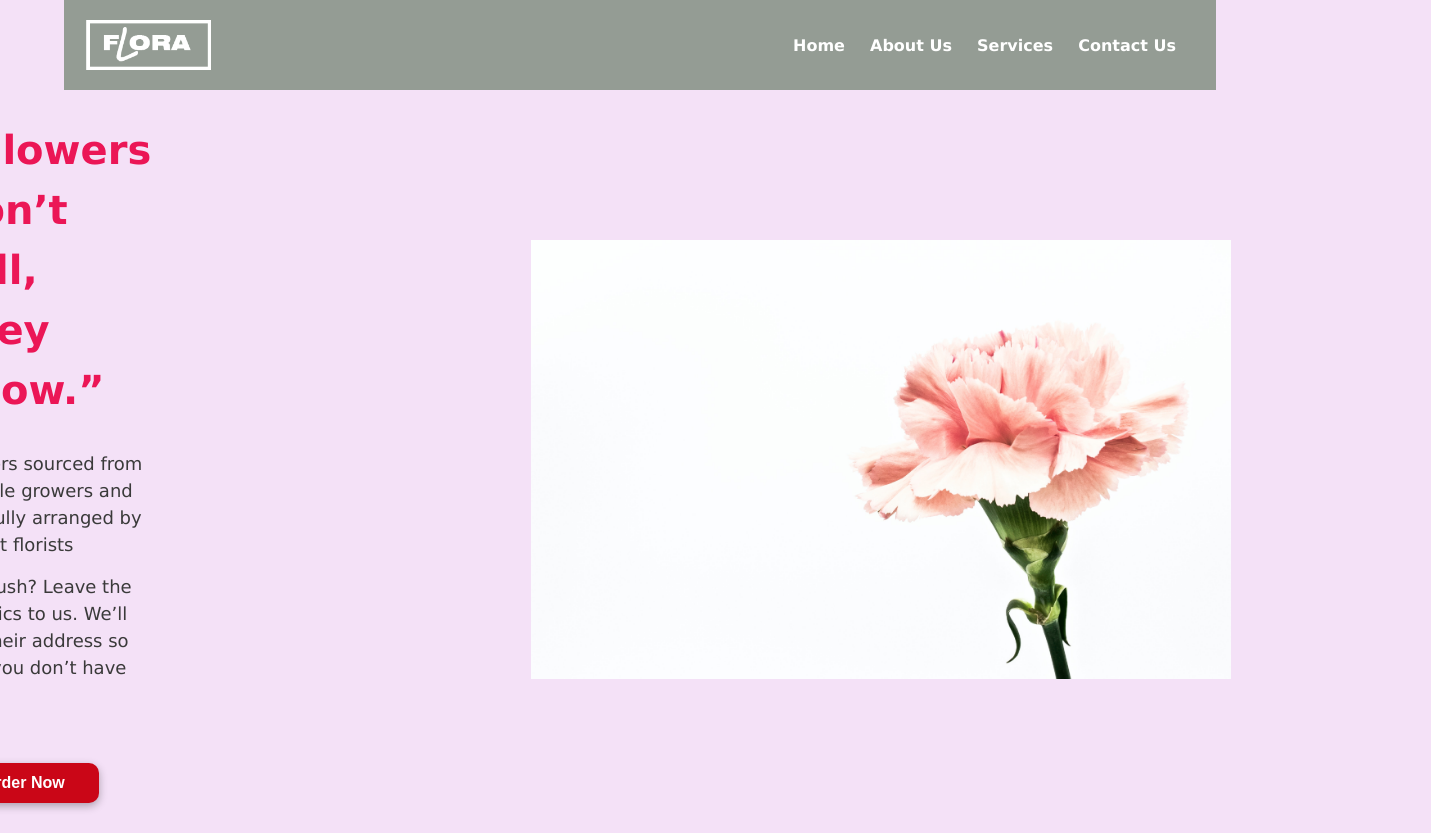
Repository: SaadYasin/test003-flex-box
Page: index.html
An editor plug-in stored every save of this project. The page is shown before and after the next save, followed by the edit.
The browser window is 1280 px wide. The page is 1431 px wide, so the pictures cover 1431 px, including what lies to the right of the window. The pictures show the whole page.

Above is the page before, as saved 2022-10-30 12:51:21.

After the next save:
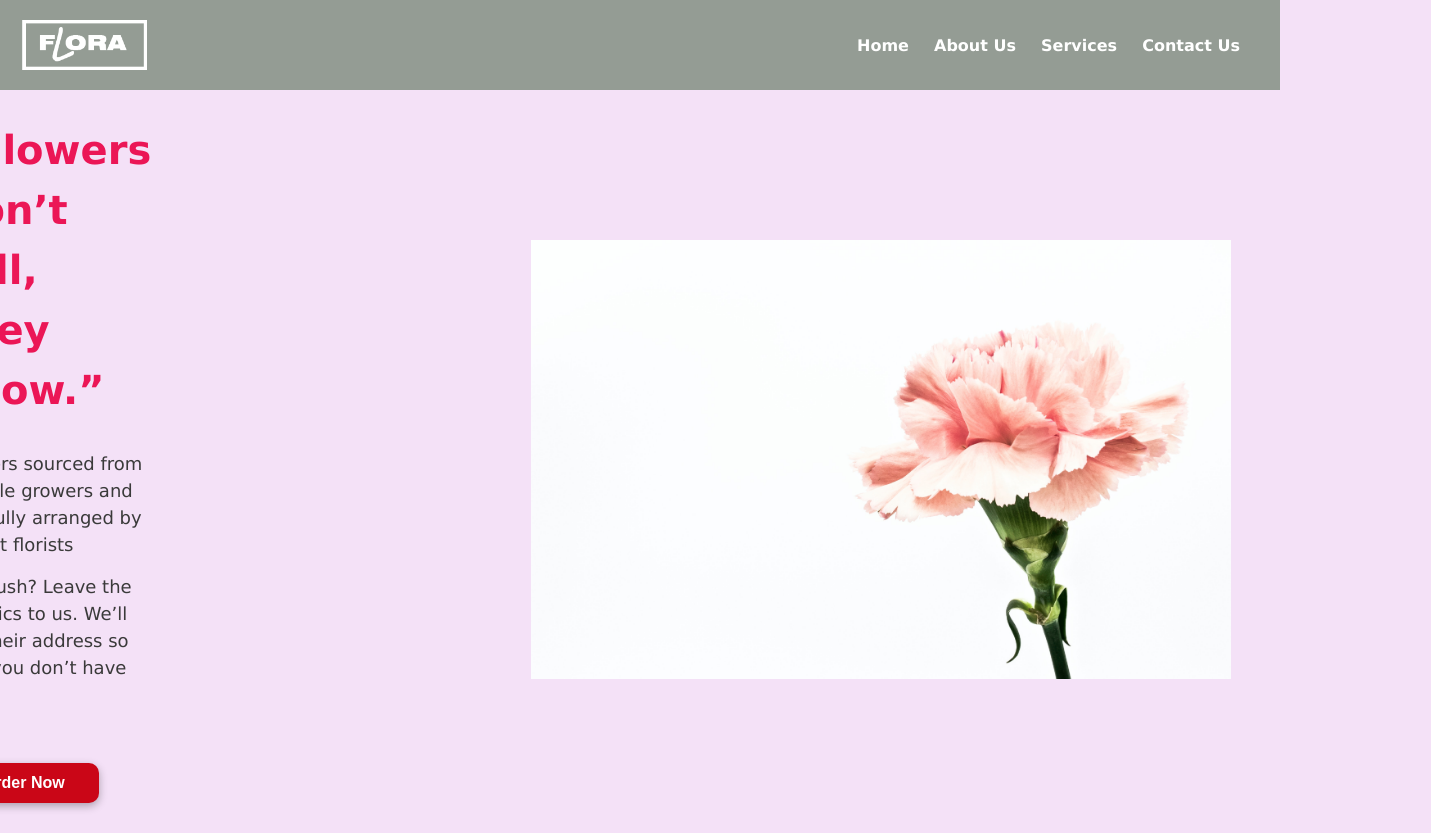
Saved 24 s later.
--- a/styles.css
+++ b/styles.css
@@ -13,7 +13,7 @@ body {
   display: flex;
   justify-content: space-between;
   align-items: center;
-  width: 90%;
+  /* width: 90%; */
   background: rgba(86, 110, 84, 0.6);
   height: 90px;
   padding: 20px;
